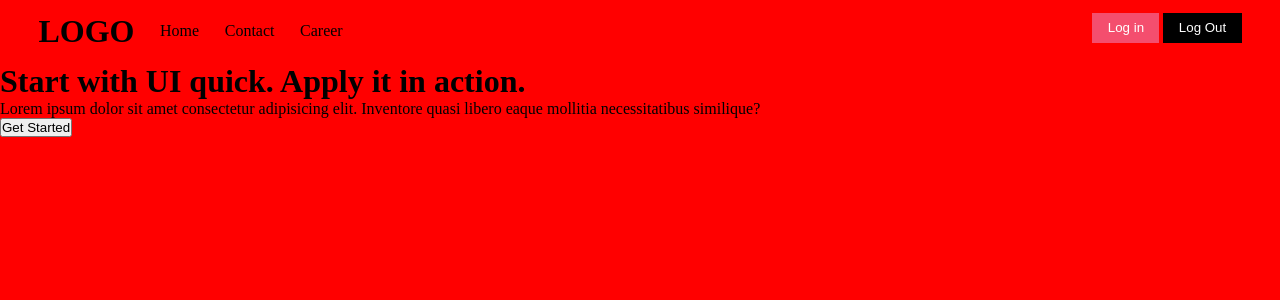
Repository: Ashishchakravartii/landingPage
Page: index.html
These files come from the project's save history. The page is drawn as it stood at one moment and after a run of saves; the edit follows.
The browser window is 1280 px wide. The pictures show the whole page.

Above is the page before, as saved 2024-07-24 12:37:47.

### index.html
<!DOCTYPE html>
<html lang="en">
  <head>
    <meta charset="UTF-8" />
    <meta name="viewport" content="width=device-width, initial-scale=1.0" />
    <title>Document</title>
    <link rel="stylesheet" href="style.css">
  </head>
  <body>
    <div class="main">
     <div class="navBar">
        <div class="navLeft">
        <h1>LOGO</h1>
        <a href="">Home</a>
        <a href="">Contact</a>
        <a href="">Career</a>
        </div>

        <div class="navRight">
            <button>Log in</button>
            <button>Log Out</button>
        </div>
     </div>
     <div class="bottomSec">
        <div class="bottomLeft">
            <h1>Start with UI quick. Apply it in action.</h1>
            <p>Lorem ipsum dolor sit amet consectetur adipisicing elit. Inventore quasi libero eaque mollitia necessitatibus similique?</p>
            <button>Get Started</button>
        </div>
        <div class="bottomRight"></div>
     </div>

    </div>
  </body>
</html>

### style.css
*{
    margin: 0;
    padding: 0;
    box-sizing: border-box;
}
html,
body{
    width: 100%;
    height: 100%;
}

.main{
    width: 100vw;
    height: 100vh;
    background-color: red;
}
.navBar{
    width: 100%;
    display: flex;
    justify-content: space-between;
    padding: 1vmax 3vmax;
}
.navLeft{
    display: flex;
    gap: 2vmax;
    align-items: center;
}
.navLeft>a{
    text-decoration: none;
    color: black;
}

.navRight>button{
    padding: 0.6vmax 1.2vmax;
    border: 0;
    color: white;
}
.navRight>button:first-child{
    background-color: #F44E6E;
}
.navRight>button:nth-child(2){
    background-color: black;
}

After the next 2 saves:
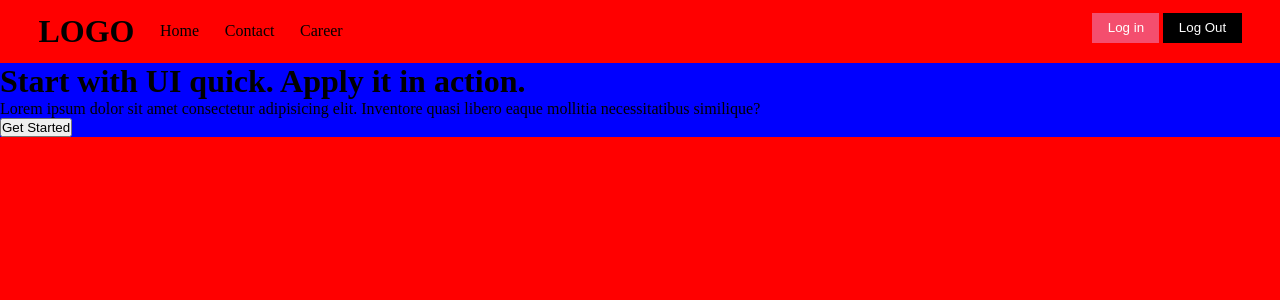
The 2 saves are shown as one change because they came seconds apart.
The last was saved 26 s later.
--- a/style.css
+++ b/style.css
@@ -41,3 +41,7 @@ body{
 .navRight>button:nth-child(2){
     background-color: black;
 }
+
+.bottomSec{
+    background-color: blue;
+}
